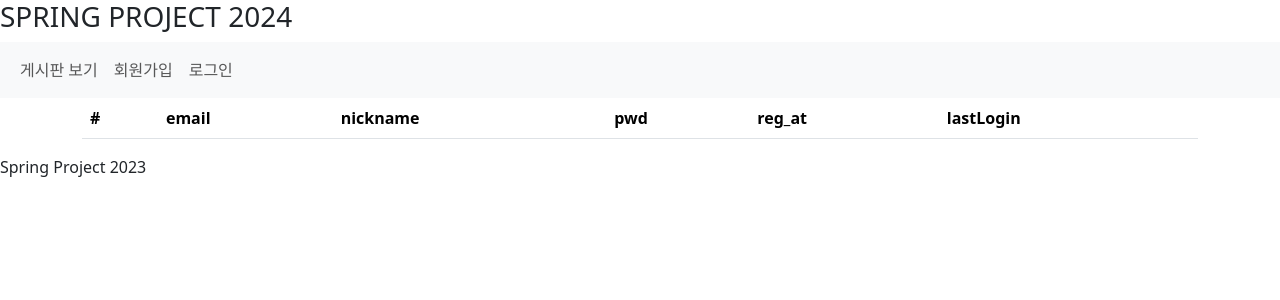
Repository: Bitmul/SpringProject2024
Page: http://localhost/_spring_test2/WEB-INF/views/member/list.jsp
The author's editor kept a copy of each file at every save. The page is drawn from the files as they stood at one save, then again after the next save.
The browser window is 1280 px wide. The pictures show the whole page.
The page is served by Tomcat 9. Nobody is signed in. Other server files are loaded and not shown. The template is opened directly, without the code that normally fills it, so the values that code supplies are empty.

Above is the page before, as saved 2024-01-16 01:58:23.
Console error: TypeError: document.getElementbyId is not a function

### _spring_test2/src/main/webapp/WEB-INF/views/member/list.jsp
<%@ page language="java" contentType="text/html; charset=UTF-8"
	pageEncoding="UTF-8"%>
<%@taglib prefix="c" uri="http://java.sun.com/jsp/jstl/core"%>
<!DOCTYPE html>
<jsp:include page="../layout/header.jsp"></jsp:include>
<jsp:include page="../layout/nav.jsp"></jsp:include>

<div class="container">
	<table class="table">
		<thead>
			<tr>
				<th scope="col">#</th>
				<th scope="col">email</th>
				<th scope="col">nickname</th>
				<th scope="col">pwd</th>
				<th scope="col">reg_at</th>
				<th scope="col">lastLogin</th>
			</tr>
		</thead>
		<tbody>
			<c:forEach items="${mvo}" var="mvo">
				<tr>
					<th scope="row"><a href="/member/detail?email=${mvo.email}">${mvo.email}</a></th>
					<td>${mvo.nickname}</td>
					<td>${mvo.pwd}</td>
					<td>${mvo.regAt}</td>
					<td>${mvo.lastLogin}</td>
				</tr>
			</c:forEach>
		</tbody>
	</table>
</div>
<jsp:include page="../layout/footer.jsp"></jsp:include>

### _spring_test2/src/main/webapp/WEB-INF/views/layout/header.jsp
<%@ page language="java" contentType="text/html; charset=UTF-8"
	pageEncoding="UTF-8"%>
<%@ taglib uri="http://java.sun.com/jsp/jstl/core" prefix="c"%>
<!DOCTYPE html>
<html>
<head>
<meta charset="UTF-8">
<title>Insert title here</title>
<link
	href="https://cdn.jsdelivr.net/npm/bootstrap@5.3.1/dist/css/bootstrap.min.css"
	rel="stylesheet"
	integrity="sha384-4bw+/aepP/YC94hEpVNVgiZdgIC5+VKNBQNGCHeKRQN+PtmoHDEXuppvnDJzQIu9"
	crossorigin="anonymous">
<script
	src="https://cdn.jsdelivr.net/npm/bootstrap@5.3.1/dist/js/bootstrap.bundle.min.js"
	integrity="sha384-HwwvtgBNo3bZJJLYd8oVXjrBZt8cqVSpeBNS5n7C8IVInixGAoxmnlMuBnhbgrkm"
	crossorigin="anonymous"></script>
</head>
<h3>
	<a class="navbar-brand" href="#">SPRING PROJECT 2024</a>
</h3>
<body>

### _spring_test2/src/main/webapp/WEB-INF/views/layout/nav.jsp
<%@ page language="java" contentType="text/html; charset=UTF-8"
	pageEncoding="UTF-8"%>
<%@taglib prefix="c" uri="http://java.sun.com/jsp/jstl/core"%>
<%@taglib uri="http://www.springframework.org/security/tags"
	prefix="sec"%>
<!DOCTYPE html>
<nav class="navbar navbar-expand-lg bg-body-tertiary">
	<div class="container-fluid">
		<div class="collapse navbar-collapse" id="navbarSupportedContent">
			<ul class="navbar-nav me-auto mb-2 mb-lg-0">
				<li class="nav-item"><a class="nav-link" href="/board/list">게시판
						보기</a></li>
				<sec:authorize access="isAuthenticated()">
					<sec:authentication property="principal.mvo.email" var="authEmail" />
					<sec:authentication property="principal.mvo.nickname"
						var="authNick" />
					<sec:authentication property="principal.mvo.authList" var="auths" />
					<li class="nav-item"><a class="nav-link"
						href="/board/register">게시판 글쓰기</a></li>
					<li class="nav-item"><a class="nav-link" id="logoutLink"
						href="/member/login">로그아웃</a></li>
					<form action="/member/logout" method="post" id="logoutForm">
						<input type="hidden" name="email" value="${authEmail}">
					</form>
					<c:choose>
						<c:when
							test="${auths.stream().anyMatch(authVO -> authVO.auth.equals('ROLE_ADMIN')).get()}">
							<li class="nav-item"><a class="nav-link" id="logoutLink"
								href="/member/list">회원리스트</a></li>
							<li class="nav-item"><a class="nav-link" id="logoutLink"
								href="/member/modify?email=${authEmail}">회원정보수정 ${authNick}(${authEmail})님 반갑습니다.</a></li>
						</c:when>
					</c:choose>
				</sec:authorize>
				<sec:authorize access="isAnonymous()">
					<li class="nav-item"><a class="nav-link"
						href="/member/register">회원가입</a></li>
					<li class="nav-item"><a class="nav-link" href="/member/login">로그인</a></li>
				</sec:authorize>
			</ul>
		</div>
	</div>
</nav>

<script type="text/javascript">
document.getElementbyId("logoutLink").addEventListener('click',(e)=>{
    e.preventDefault();
    document.getElementbyId("logoutForm").submit();
})
</script>

### _spring_test2/src/main/webapp/WEB-INF/views/layout/footer.jsp
<%@ page language="java" contentType="text/html; charset=UTF-8"
    pageEncoding="UTF-8"%>
<!DOCTYPE html>


<div>
Spring Project 2023
</div>
</body>
</html>

After the next save:
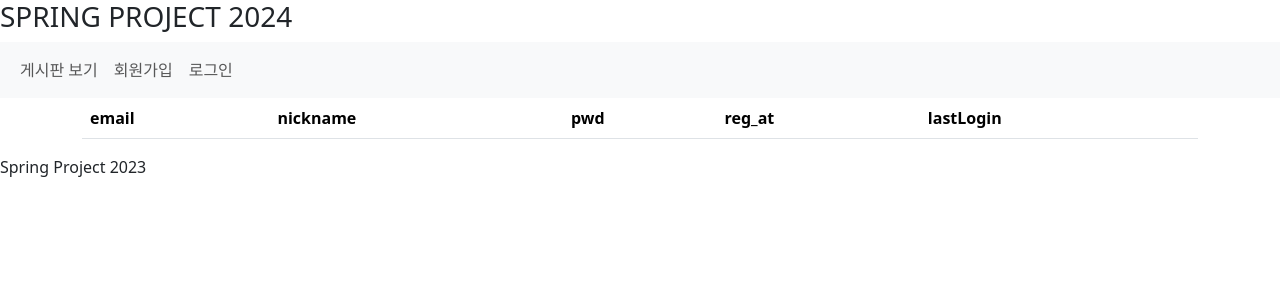
Saved 4 s later.
--- a/_spring_test2/src/main/webapp/WEB-INF/views/member/list.jsp
+++ b/_spring_test2/src/main/webapp/WEB-INF/views/member/list.jsp
@@ -9,7 +9,6 @@
 	<table class="table">
 		<thead>
 			<tr>
-				<th scope="col">#</th>
 				<th scope="col">email</th>
 				<th scope="col">nickname</th>
 				<th scope="col">pwd</th>
